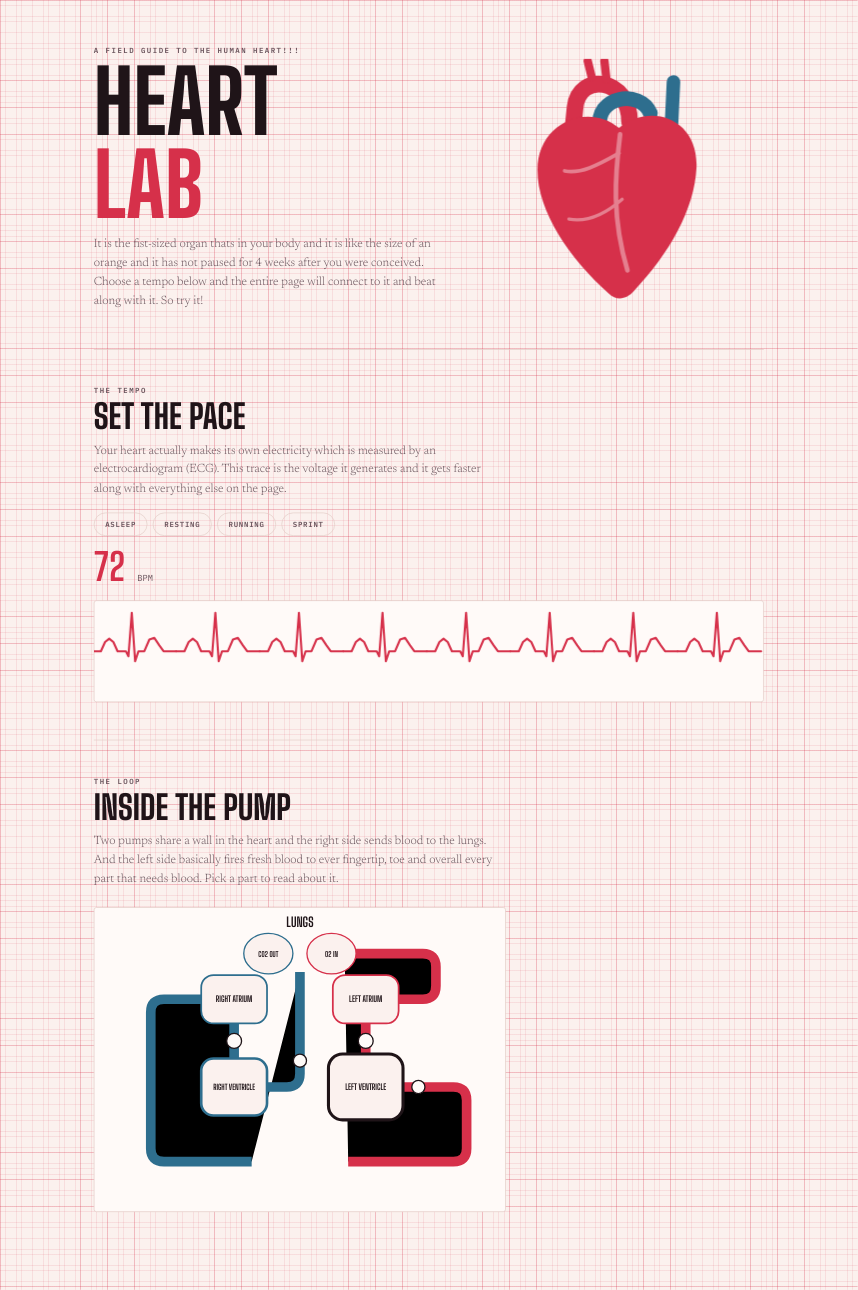
Repository: manayparikh1/PulseBeat
Page: index.html
These files come from the project's save history. The page is drawn as it stood at one moment and after the next save; the edit follows.
The browser window is 1280 px wide. The pictures show the whole page, at 67% of full size.

Above is the page before, as saved 2026-09-04 15:18:05.

After the next save:
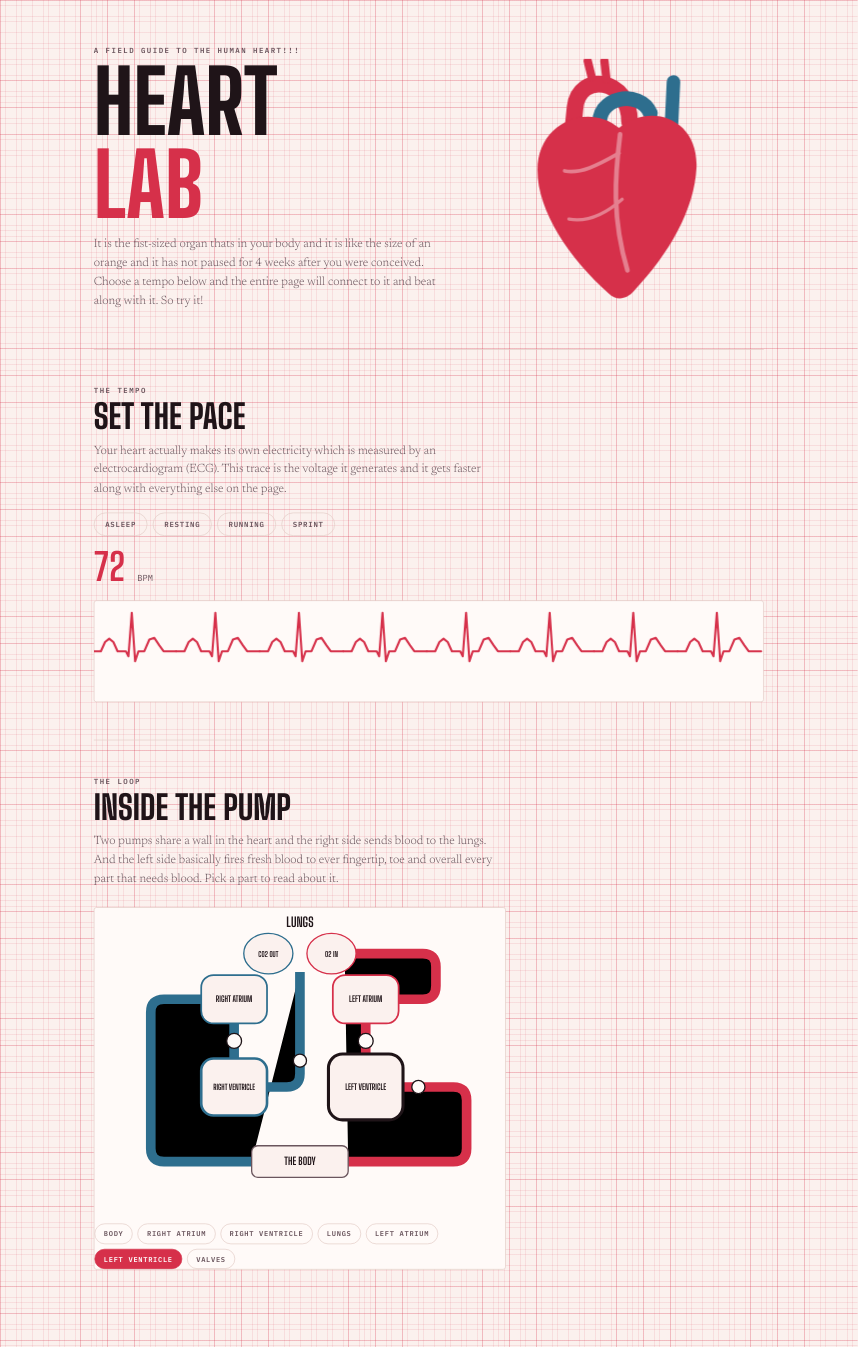
Saved 23 h 39 min later.
--- a/index.html
+++ b/index.html
@@ -638,12 +638,21 @@
                             <circle cx="600" cy="285" r="17" />
                             <circle cx="720" cy="390" r="15" />
                         </g>
-
-
+                        <rect class="s-bo" x="340" y="524" width="220" height="72" rx="14" fill="var(--paper)"
+                            stroke="var(--dim)" stroke-width="3" />
+                        <text x="450" y="568" text-anchor="middle" font-size="24">THE BODY</text>
+                    </svg>
+                    <div class="parts">
+                        <label for="bo">Body</label><label for="ra">Right atrium</label><label for="rv">Right
+                            ventricle</label>
+                        <label for="lu">Lungs</label><label for="la">Left atrium</label><label for="lv">Left
+                            ventricle</label>
+                        <label for="va">Valves</label>
+                    </div>
                 </div>
-
             </div>
 
+
             </checked>
 
 
